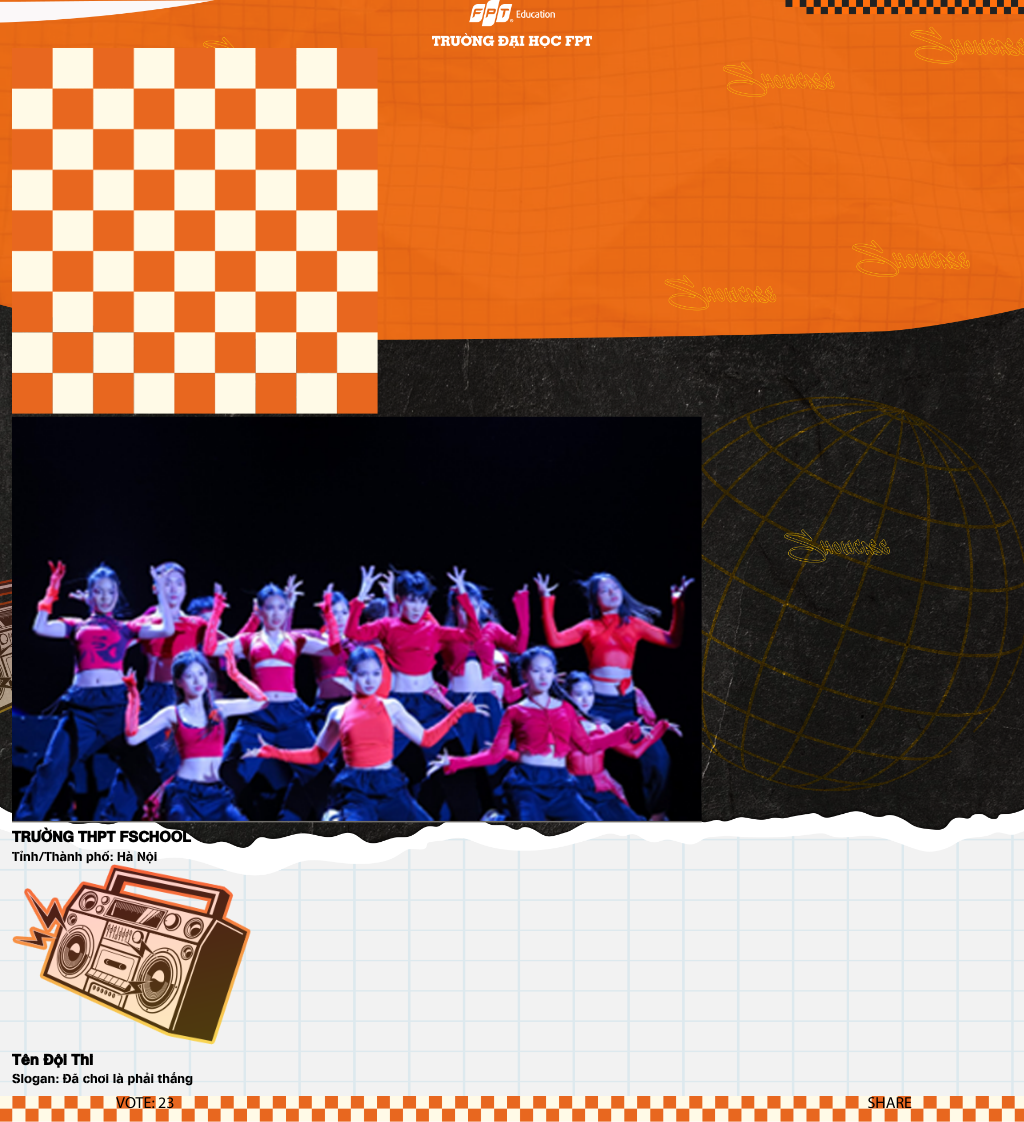
Repository: dinhtri123/hola_fpt
Page: detail.html
These files come from the project's save history. The page is drawn as it stood at one moment and after the next save; the edit follows.
The browser window is 1280 px wide. The pictures show the whole page, at 80% of full size.

Above is the page before, as saved 2025-01-04 22:39:59.

### detail.html
<!DOCTYPE html>
<html lang="en">

<head>
  <meta charset="UTF-8">
  <meta name="viewport" content="width=device-width, initial-scale=1.0">
  <title>Detail</title>
  <link rel="stylesheet" href="styles.css">
</head>

<body>
  <section class="detail">
    <img src="./images/detail-bg.png" class="detail-bg" alt="">
    <div class="container">
      <a href="#" class="detail-logo">
        <img src="./images/logo.png" alt="">
      </a>
      <div class="detail-top">
        <div class="detail-top-left">
          <img src="./images/detail-img1.png" class="detail-top-left-bg" alt="">
          <img src="./images/detail-img.png" class="detail-top-left-img" alt="">
          <span>
            <h3>TRƯỜNG THPT FSCHOOL</h3>
            <P>Tỉnh/Thành phố: Hà Nội</P>
          </span>
        </div>
        <div class="detail-top-right">
          <img src="./images/detail-img2.png" alt="">
          <h3>Tên Đội Thi</h3>
          <p>Slogan: Đã chơi là phải thắng</p>
          <div class="news-item-action">
            <div class="vote">
              <i class="fa-regular fa-heart"></i>
              <span>VOTE: 23</span>
            </div>
            <div class="share">
              <i class="fa-regular fa-paper-plane"></i>
              SHARE
            </div>
          </div>
        </div>
      </div>
    </div>
  </section>
</body>

</html>

### styles.css
@font-face {
  font-family: "Myriad Pro";
  src: url("./fonts/MYRIADPRO-REGULAR.ttf") format("truetype");
}
@font-face {
  font-family: "SFUAGBuchStencilBQMedium";
  src: url("./fonts/SFUAGBuchStencilBQMedium.ttf") format("truetype");
  font-weight: normal;
  font-style: normal;
}
:root {
  --font-primary: "SFUAGBuchStencilBQMedium", sans-serif;
  --font-secondary: "Myriad Pro", sans-serif;
  --cl-white: #fff;
}
* {
  box-sizing: border-box;
  padding: 0;
  margin: 0;
}
body {
  font-family: var(--font-primary);
  font-size: 16px;
  font-weight: 400;
}
.container {
  max-width: 1630px;
  padding-left: 15px;
  padding-right: 15px;
  margin: 0px auto;
}
.sm {
  display: none !important;
}
.md {
  display: flex !important;
}
img {
  max-width: 100%;
  height: auto;
  object-fit: cover;
}
.intro > div {
  position: relative;
}
.intro-top {
  z-index: 1;
}
.intro-bg {
  position: absolute;
  width: 100%;
  height: 100%;
  top: 0;
  left: 0;
  z-index: -1;
  object-position: bottom;
}
.intro-inner {
  padding-top: 50px;
  text-align: center;
  z-index: 1;
}
.intro-logo {
  max-width: 280px;
}
.intro-title {
  margin-top: 30px;
}
.intro-title-small {
  margin-top: -60px;
  z-index: -1;
  position: relative;
}
.intro-btn {
  background: linear-gradient(to right, #e24103, #e66715);
  border-radius: 50px;
  border: 2px solid var(--cl-white);
  font-size: 54px;
  padding: 10px 100px 15px;
  color: var(--cl-white);
  text-transform: uppercase;
  font-family: var(--font-primary);
  line-height: 1;
  width: max-content;
  min-height: 80px;
  transform: translateY(30px);
}
.intro-bottom {
  padding-top: 180px;
  margin-top: -80px;
  text-align: center;
  padding-bottom: 100px;
}
.intro-bottom-desc {
  position: relative;
  padding: 220px 120px;
}
.intro-bottom-desc img {
  position: absolute;
  top: 0;
  left: 0;
  width: 100%;
  height: 100%;
  z-index: -1;
  object-fit: contain;
}
.intro-bottom-desc p {
  padding: 100px 50px;
  background: rgba(0, 0, 0, 0.5);
  color: var(--cl-white);
  font-family: var(--font-secondary);
  font-size: 30px;
  line-height: 1.4;
}
.intro-bottom .intro-btn {
  margin-top: -50px;
  transform: translateY(-40px);
}
/* reward */
.reward {
  position: relative;
}
.reward-bg {
  position: absolute;
  top: 0;
  left: 0;
  width: 100%;
  height: 100%;
}
.reward-inner {
  padding: 100px 0px;
  position: relative;
}
.time {
  position: relative;
  padding: 100px 0px 40px;
}
.time-bg {
  position: absolute;
  top: 0;
  left: 0;
  width: 100%;
  height: 100%;
  z-index: -1;
  object-position: bottom;
}
.time h2 {
  text-align: center;
  margin-top: 80px;
  margin-bottom: 50px;
}
.time-search {
  max-width: 80%;
  width: 100%;
  position: relative;
  min-height: 70px;
  padding: 10px;
  display: flex;
  align-items: center;
  border: 2px solid #f15a24;
  border-radius: 50px;
  margin: 0px auto;
}
.time-search input {
  flex: 1;
  width: 100%;
  height: 100%;
  background: transparent;
  border: none;
  outline: none;
  min-height: inherit;
  padding: 5px 20px;
  font-family: var(--font-secondary);
  font-size: 30px;
  color: var(--cl-white);
}
.time-search input::placeholder {
  color: var(--cl-white);
}
.time-search span {
  display: flex;
  width: max-content;
  height: 100%;
  background: linear-gradient(to right, transparent, #5e321a);
  align-items: center;
  min-height: inherit;
  padding: 5px 30px;
  text-transform: uppercase;
  color: var(--cl-white);
  font-size: 30px;
  border-radius: 50px;
  cursor: pointer;
}
.footer {
  margin-top: 100px;
}
.footer-top {
  display: flex;
  justify-content: space-between;
  align-items: flex-end;
  border-bottom: 1px solid var(--cl-white);
  padding: 10px 0px;
}
.footer-top p {
  font-family: var(--font-secondary);
  font-size: 24px;
  color: var(--cl-white);
}
.footer-social {
  display: flex;
  gap: 10px;
  align-items: center;
}
.footer-social a {
  width: 60px;
  height: 60px;
  border-radius: 8px;
  background-color: #f37021;
  color: var(--cl-white);
  display: flex;
  align-items: center;
  justify-content: center;
  text-decoration: none;
}
.footer-social a i {
  font-size: 24px;
}
.footer-main {
  margin-top: 50px;
  text-align: center;
  color: var(--cl-white);
  font-family: var(--font-secondary);
}
.footer-logo {
  margin-bottom: 20px;
  display: block;
}
.footer address {
  font-size: 28px;
  margin-bottom: 5px;
}
.footer-main a {
  display: block;
  text-align: center;
  color: var(--cl-white);
  text-decoration: none;
  font-size: 24px;
  margin: 0px auto 5px;
  width: fit-content;
}
.news-list {
  display: grid;
  grid-template-columns: repeat(3, 1fr);
  justify-content: space-between;
  margin-top: 100px;
  gap: 50px;
  padding-bottom: 50px;
}
.news-item {
  max-width: 460px;
}
.news-item-top {
  position: relative;
  padding: 52px;
}
.news-item-bg {
  position: absolute;
  z-index: -1;
  top: 0;
  left: 0;
  width: 100%;
}
.news-top-content {
  background-color: #4460d4;
  color: var(--cl-white);
  padding: 18px;
  width: 86%;
  transform: translateY(-4px);
}
.news-top-content h3 {
  font-size: 32px;
  text-transform: uppercase;
  font-weight: 500;
}
.news-top-content p {
  font-size: 16px;
  font-weight: 500;
}
.news-item-bottom {
  background: #000;
  margin-top: -5px;
  color: var(--cl-white);
  border-bottom-left-radius: 12px;
  border-bottom-right-radius: 10px;
}
.news-item-desc {
  position: relative;
  transform: translateY(-25px);
}
.news-item-desc::before {
  content: "";
  position: absolute;
  top: 0;
  left: 0;
  background-image: url("./images/news-img2.png");
  background-repeat: no-repeat;
  width: 100%;
  height: 100%;
  background-size: 100% 100%;
  transform: scaleX(1.03) scaleY(1.5);
}
.news-item-desc p {
  max-width: 80%;
  margin: 0px auto;
  z-index: 1;
  font-size: 12px;
  position: relative;
  padding: 5px 0px;
  transform: rotate(-4deg);
  font-weight: 600;
  font-family: var(--font-secondary);
  color: #3b382b;
}
.news-item-desc p b {
  font-family: var(--font-primary);
  text-transform: uppercase;
}
.news-item-action {
  display: flex;
  justify-content: space-between;
  align-items: center;
  max-width: 80%;
  margin: 0px auto;
  padding: 10px 0px;
  font-size: 20px;
  font-family: var(--font-secondary);
}
.news-item-action > div {
  display: flex;
  gap: 5px;
  align-items: center;
  cursor: pointer;
}
.news-item-action > div i {
  font-size: 22px;
}

/* detail */
.detail {
  position: relative;
}
.detail-bg {
  position: absolute;
  top: 0;
  left: 0;
  width: 100%;
  height: 100%;
  z-index: -1;
  object-position: top;
}
.detail-logo {
  max-width: 200px;
  margin: 0px auto;
  display: flex;
}

@media screen and (max-width: 1280px) {
  .news-list {
    grid-template-columns: repeat(2, 1fr);
  }
}
@media screen and (max-width: 1024px) {
  .intro-bottom-desc {
    padding: 100px 20px;
  }
  .intro-bottom-desc p {
    padding: 50px;
  }
  .news-top-content h3 {
    font-size: 20px;
  }
  .news-item-top {
    padding: 40px;
  }
  .news-list {
    gap: 40px;
  }
  .footer {
    margin: 0;
  }
}
@media screen and (max-width: 767px) {
  .sm {
    display: flex !important;
  }
  .md {
    display: none !important;
  }
  .intro-btn {
    padding: 10px 20px;
    min-height: auto;
    font-size: 16px;
  }
  .intro-bottom-desc p {
    padding: 20px;
    font-size: 16px;
  }
  .intro-logo {
    max-width: 120px;
    margin: 0px auto;
    display: flex;
  }
  .intro-inner .intro-bg {
    object-position: top;
    object-fit: fill;
  }
  .intro-inner {
    padding-top: 40px;
  }
  .intro-title-small {
    display: none;
  }
  .intro-inner .intro-btn {
    transform: translateY(20px);
  }
  .intro-title {
    max-width: 90%;
    margin: 30px auto 0px;
  }
  .intro-bottom {
    padding-top: 130px;
  }
  .intro-bottom > div > img:nth-child(3) {
    max-width: 80%;
  }
  .intro-bottom-desc {
    padding: 0px;
  }
  /* .intro-bottom-desc img {
    transform: scale(1.1);
  } */
  .intro-bottom .intro-btn {
    margin-top: 10px;
    transform: translateY(0px);
  }
  .time {
    padding: 40px 0px;
  }
  .time h2 {
    margin: 40px 0px 20px;
  }
  .time-search {
    max-width: 100%;
    min-height: 40px;
    padding: 5px;
  }
  .time-search input {
    font-size: 16px;
  }
  .time-search span {
    font-size: 14px;
    padding: 5px 10px;
    gap: 5px;
  }
  .time-search input {
    font-size: 16px;
    padding: 0px 10px;
  }
  .news-list {
    gap: 15px;
  }
  .news-item-top {
    padding: 5px;
  }
  .news-top-content {
    padding: 10px;
  }
  .news-top-content h3 {
    font-size: 12px;
  }
  .news-top-content p {
    font-size: 8px;
    font-weight: 500;
  }
  .news-item-desc p {
    font-size: 8px;
    max-width: 90%;
    transform: rotate(-8deg);
  }
  .news-item-desc::before {
    transform: scaleX(1.03) scaleY(1.4);
  }
  .news-item-action,
  .news-item-action > div i {
    font-size: 10px;
  }
  .news-item-bg {
    height: 100%;
  }
  .news-item-desc {
    transform: translateY(-6px) rotate(2deg);
  }
  .news-list {
    position: relative;
    padding-bottom: 80px;
    margin-top: 40px;
  }
  .news-list::before {
    content: "";
    position: absolute;
    top: 100px;
    left: -15px;
    background-image: url(./images/news-list-bg.png);
    background-repeat: no-repeat;
    background-size: cover;
    width: calc(100% + 30px);
    height: 95%;
    z-index: -1;
  }
  .footer {
    margin-top: 40px;
  }
  .footer-top p {
    font-size: 12px;
    max-width: 50%;
  }
  .footer-social a {
    width: 30px;
    height: 30px;
    border-radius: 4px;
  }
  .footer-social a i {
    font-size: 14px;
  }
  .footer-logo {
    max-width: 120px;
  }
  .footer-main h3 {
    max-width: 80%;
    margin: 0px auto;
  }
  .footer address {
    font-size: 14px;
  }
  .footer-main a {
    font-size: 14px;
  }
  .footer-main {
    margin-top: 20px;
  }
}

After the next save:
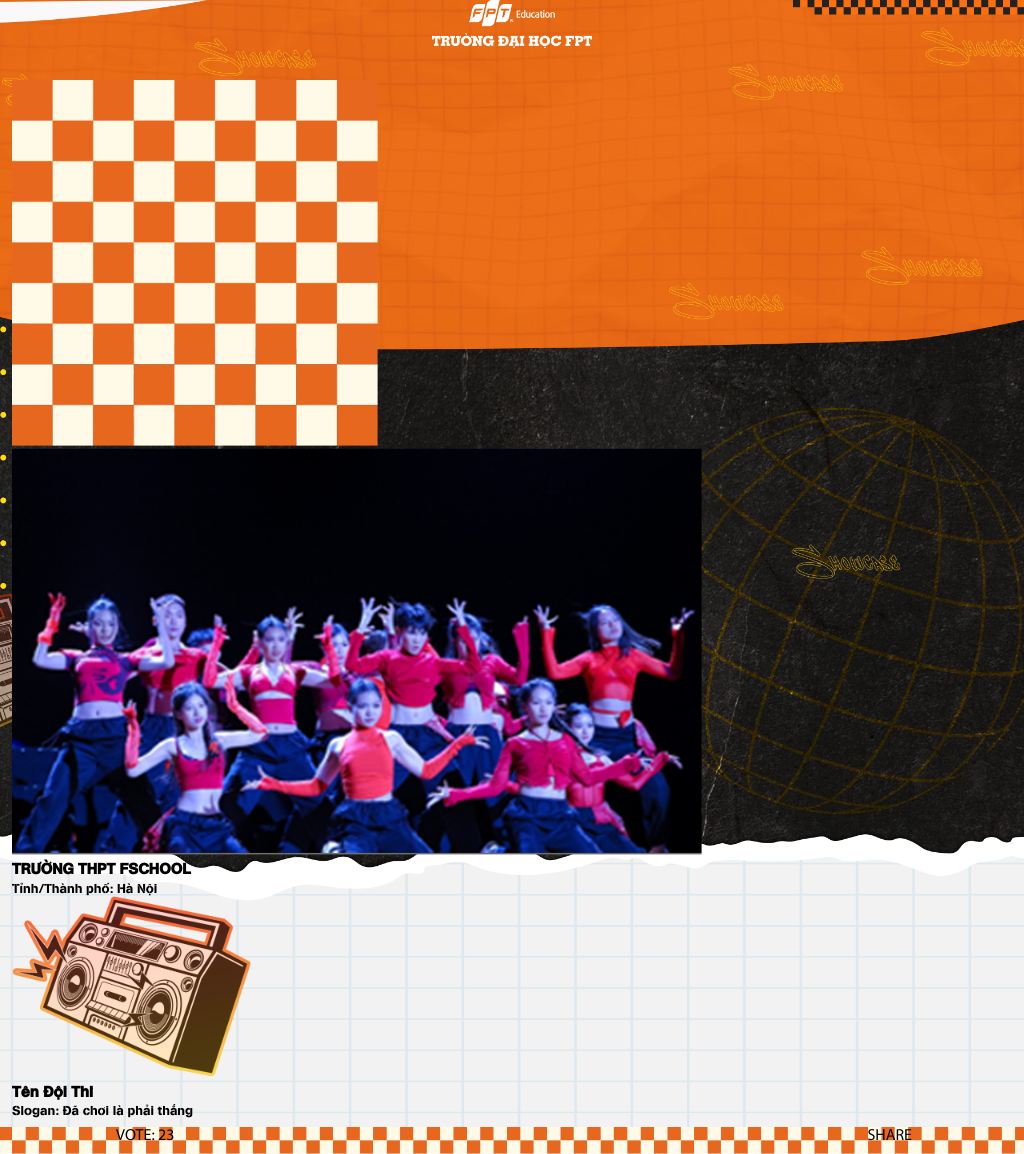
Saved 6 s later.
--- a/styles.css
+++ b/styles.css
@@ -360,7 +360,7 @@
 }
 .detail-logo {
   max-width: 200px;
-  margin: 0px auto;
+  margin: 0px auto 40px;
   display: flex;
 }
 
